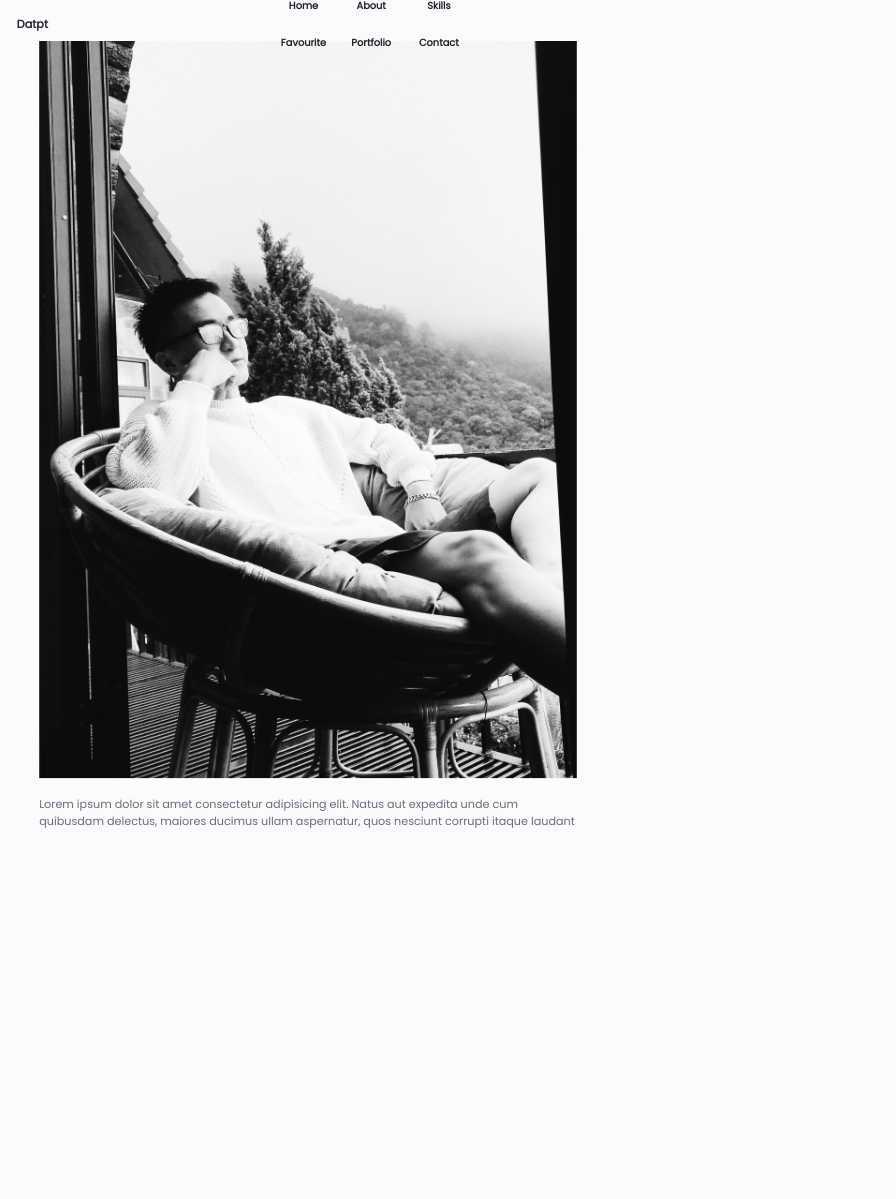
Repository: Datt21/portfolio
Page: index.html
An editor plug-in stored every save of this project. The page is shown before and after the next save, followed by the edit.
The browser window is 1280 px wide. The pictures show the part of the page from y = 662 to 2582 px (the page is 2375 px tall before and 2582 px after), at 70% of full size.
Some icons come from a web library that is not loaded, so they are not drawn.

Above is the page before, as saved 2021-07-10 16:23:50.

### index.html
<!DOCTYPE html>
<html lang="en">
<head>
    <meta charset="UTF-8">
    <meta http-equiv="X-UA-Compatible" content="IE=edge">
    <meta name="viewport" content="width=device-width, initial-scale=1.0">
    <!--============= ICONS ================  -->
    <link rel="stylesheet" href="https://unicons.iconscout.com/release/v4.0.0/css/line.css">

    <!-- ============= SWIPER CSS =============== -->
    <link rel="stylesheet" href="">

    <!-- =============== CSS ========================= -->
    <link rel="stylesheet" href="./Css/style.css">

    <title>Portfolio</title>
</head>
<body>
    <!--============================ HEADER ============================ -->
    <header class="header" id="header">
        <nav class="nav container">
            <a href="#" class="nav__logo">Datpt</a>

            <div class="nav__menu" id="nav-menu">
                <ul class="nav__list grid">
                    <li class="nav__item">
                        <a href="#home" class="nav__link">
                            <i class="uil uil-estate nav__icon"></i>Home
                        </a>
                    </li>
                    <li class="nav__item">
                        <a href="#about" class="nav__link">
                            <i class="uil uil-user nav__icon"></i>About
                        </a>
                    </li>
                    <li class="nav__item">
                        <a href="#skill" class="nav__link">
                            <i class="uil uil-file-alt nav__icon"></i>Skills
                        </a>
                    </li>
                    <li class="nav__item">
                        <a href="#fovourite" class="nav__link">
                            <i class="uil uil-books nav__icon"></i>Favourite
                        </a>
                    </li>
                    <li class="nav__item">
                        <a href="#portfolio" class="nav__link">
                            <i class="uil uil-scenery nav__icon"></i>Portfolio
                        </a>
                    </li>
                    <li class="nav__item">
                        <a href="#contact" class="nav__link">
                            <i class="uil uil-message nav__icon"></i>Contact
                        </a>
                    </li>
                </ul>
                <i class="uil uil-times nav__close" id="nav-close"></i>
            </div>

            <div class="nav__btns">
                <div class="nav__toggle" id="nav-toggle">
                    <i class="uil uil-apps"></i>
                </div>
            </div>
        </nav>
    </header>

     <!--==================== MAIN ====================-->
     <main class="main">
        <!--==================== HOME ====================-->
        <section class="home section" id="home">
            <div class="home__container container grid">
                <div class="home__content grid">
                    <div class="home__social">
                        <a href="https://www.facebook.com/profile.php?id=100043830603950" target="_blank" class="home__social-icon">
                            <i class="uil uil-facebook"></i>
                        </a>
                        <a href="https://t.me/datpt21" target="_blank" class="home__social-icon">
                            <i class="uil uil-telegram-alt"></i>
                        </a>
                        <a href="https://github.com/Datt21" target="_blank" class="home__social-icon">
                            <i class="uil uil-github-alt"></i>
                        </a>
                    </div>

                    <div class="home__img">
                        <svg class="home__blob" viewBox="0 0 200 187" xmlns="http://www.w3.org/2000/svg" xmlns:xlink="http://www.w3.org/1999/xlink">
                            <mask id="mask0" mask-type="alpha">
                                <path d="M190.312 36.4879C206.582 62.1187 201.309 102.826 182.328 134.186C163.346 165.547
                                130.807 187.559 100.226 186.353C69.6454 185.297 41.0228 161.023 21.7403 129.362C2.45775
                                97.8511 -7.48481 59.1033 6.67581 34.5279C20.9871 10.1032 59.7028 -0.149132 97.9666
                                0.00163737C136.23 0.303176 174.193 10.857 190.312 36.4879Z"/>
                            </mask>
                            <g mask="url(#mask0)">
                                <path d="M190.312 36.4879C206.582 62.1187 201.309 102.826 182.328 134.186C163.346
                                165.547 130.807 187.559 100.226 186.353C69.6454 185.297 41.0228 161.023 21.7403
                                129.362C2.45775 97.8511 -7.48481 59.1033 6.67581 34.5279C20.9871 10.1032 59.7028
                                -0.149132 97.9666 0.00163737C136.23 0.303176 174.193 10.857 190.312 36.4879Z"/>

                                <image class="home_blob-img" x='12' y='18 'xlink:href="./images/me.png"/>
                            </g>
                        </svg>

                    </div>

                    <div class="home__data">
                        <h1 class="home__title">Hi, I'am Dat</h1>
                        <h3 class="home_subtitle">Frontend developer</h3>
                        <p class="home_description">Lorem, ipsum dolor sit amet consectetur adipisicing elit.
                            Voluptates earum, ab place</p>
                        <a href="#contact" class="button button--flex">
                            Contact Me<i class="uil uil-message button__icon"></i>
                        </a>
                    </div>
                </div>

                <div class="home_scroll">
                    <a href="#about" class="home__scroll-button button--flex">
                        <i class="uil uil-mouse-alt-2 home__scroll-mouse"></i>
                        <span class="home__scroll-name">Scroll down</span>
                        <i class="uil uil-arrow-down home__scroll-arrow"></i>
                    </a>
                </div>
            </div>
        </section>

        <!--==================== ABOUT ====================-->
        <section class="about section" id="about">
            <h2 class="section__title">About me</h2>
            <span class="section_subtitle">My introduction</span>

            <div class="about__container container grid">
                <img src="./images/me2.jpg" alt="" class="about__img">

                <div class="about-data">
                    <p class="about-decription">Lorem ipsum dolor sit amet consectetur adipisicing elit.
                        Natus aut expedita unde cum quibusdam delectus, maiores ducimus ullam aspernatur, quos nesciunt corrupti itaque laudant</p>

                    <div class="about__info">

                    </div>
                </div>
            </div>


        </section>

        <!--==================== SKILLS ====================-->
        <section class="skills section" id="skills">


        </section>

        <!--==================== QUALIFICATION ====================-->
        <section class="qualification section">


        </section>

        <!--==================== SERVICES ====================-->
        <section class="services section" id="services">


        </section>

        <!--==================== PORTFOLIO ====================-->
        <section class="portfolio section" id="portfolio">


        </section>

        <!--==================== PROJECT IN MIND ====================-->
        <section class="project section">


        </section>

        <!--==================== TESTIMONIAL ====================-->
        <section class="testimonial section">


        </section>

        <!--==================== CONTACT ME ====================-->
        <section class="contact section" id="contact">


        </section>
    </main>

    <!--==================== FOOTER ====================-->
    <footer class="footer">


    </footer>

    <!--==================== SCROLL TOP ====================-->


    <!--==================== SWIPER JS ====================-->
    <script src=""></script>

    <!-- =================== JS ======================= -->
    <script src="./JS/main.js"></script>
</body>
</html>

### Css/style.css
/* ========================= GOOGLE FONTS ========================= */
@import url('https://fonts.googleapis.com/css2?family=Poppins&display=swap');

/*========================= VARIABLES CSS ==========================*/
:root{
    --header-height: 3rem;

    /* ---COLORS----- */
    --hue-color: 250;
    --first-color: hsl(var(--hue-color), 69%, 61%);
    --first-color-second: hsl(var(--hue-color), 69%, 61%);
    --first-color-alt: hsl(var(--hue-color), 57%, 53%);
    --first-color-lighter: hsl(var(--hue-color), 92%, 85%);
    --title-color:hsl(var(--hue-color), 8%, 15%);
    --text-color: hsl(var(--hue-color), 8%, 45%);
    --text-color-light: hsl(var(--hue-color), 8%, 65%);
    --input-color: hsl(var(--hue-color), 70%, 96%);
    --body-color: hsl(var(--hue-color), 60%, 99%);
    --container-color: #fff;

    /* --- FONT & SIZES */
    --body-font: 'Poppins', sans-serif;

    --font-semi-bold: 700;
    --font-medium: 600;

    --big-font-size: 2rem;
    --h1-font-size: 1.5rem;
    --h2-font-size: 1.25rem;
    --h3-font-size: 1.125rem;
    --normal-font-size: .938rem;
    --small-font-size: .813rem;
    --smaller-font-size: .75rem;

    /* --- MARGIN BOTTOM */
    --mb-0-25: .25rem;
    --mb-0-5: .5rem;
    --mb-0-75: .75rem;
    --mb-1: 1rem;
    --mb-1-5: 1.5rem;
    --mb-2: 2rem;
    --mb-2-5: 2.5rem;
    --mb-3: 3rem;

    /* Z INDEX */
    --z-tooltip: 10;
    --z-fixed: 100;
    --z-modal: 1000;

}

/* Font size for large devices */
@media screen and (min-width: 968px){
    :root {
        --big-font-size: 3rem;
        --h1-font-size: 2.25rem;
        --h2-font-size: 1.5rem;
        --h3-font-size: 1.25rem;
        --normal-font-size: 1rem;
        --small-font-size: .875rem;
        --smaller-font-size: .813rem;
    }

}

/*====================== Variables Dark Theme ===================  */

/*====================== Button Dark/Light  ===================  */

/*====================== BASE ========================= */
*{
    box-sizing: border-box;
    padding: 0;
    margin: 0;
}

html{
    scroll-behavior: smooth;
}

body{
    margin: 0 0 var(--header-height) 0;
    font-family: var(--body-font);
    font-size: var(--normal-font-size);
    background-color: var(--body-color);
    color: var(--text-color);
}

h1,h2,h3,h4{
    color: var(--title-color);
    font-weight: var(--font-semi-bold)
}

ul{
    list-style: none;
}

a{
    text-decoration: none;
}

img{
    max-width: 100%;
    height: auto;
}

/*========================= set section - css classes ====================  */
.section{
    padding: 2rem;
}

.section_title{
    font-size: var(--h1-font-size);
}

.section_subtitle{
    display: block;
    font-size: var(--small-font-size);
    margin-bottom: var(--mb-3);
}

.section_title,
.section_subtitle{
    text-align: center;
}

/* ===================== LAYOUT ============================== */
.container{
    max-width: 768px;
    margin-left: var(--mb-1-5);
    margin-right: var(--mb-1-5);
}

.grid{
    display: grid;
    gap: 1.5rem;
}

.header{
    width: 100%;
    position: fixed;
    bottom: 0;
    left: 0;
    z-index: var(--z-fixed);
    background-color: var(--body-color);
}

/* ===================== NAV ==================== */
.nav{
    max-width: 968px;
    height: var(--header-height);
    display: flex;
    justify-content:space-between;
    align-items: center;
}

.nav__logo,
.nav__toggle{
    color: var(--title-color);
    font-weight: var(--font-medium);
}

.nav__logo:hover{
    color: var(--first-color);
}

.nav__toggle{
    font-size: 1.1rem;
    cursor: pointer;
}

.nav__toggle:hover{
    color: var(--first-color);
}

@media screen and (max-width: 767px) {
    .nav__menu{
        position: fixed;
        bottom: -100%;
        left: 0;
        width: 100%;
        background-color: var(--body-color);
        padding: 2rem 1.5rem 4rem;
        box-shadow: 0 -1px 4px rgb(0,0,0, .15 );
        border-radius: 1.5rem 1.5rem 0 0;
        transition:0.3s;
    }
}

.nav__list{
    grid-template-columns: repeat(3,1fr);
    gap: 2rem;
}

.nav__link{
    display: flex;
    flex-direction: column;
    align-items: center;
    font-size: var(--small-font-size);
    color: var(--title-color);
    font-weight: var(--font-medium);
}

.nav__link:hover{
    color: var(--first-color);
}

.nav__icon{
    font-size: 1.2rem;
}

.nav__close{
    position: absolute;
    right: 1.3rem;
    bottom: .5rem;
    font-size: 1.5rem;
    cursor: pointer;
    color: var(--first-color);
}

.nav__close:hover{
    color: var(--first-color-alt);
}

/* -----show menu ---------- */
.show-menu{
    bottom: 0;
}

/*==================== HOME ====================*/
.home__container{
    gap: 1rem;
}

.home__content{
    grid-template-columns: .5fr 3fr;
    padding-top: 3.5rem;
    align-items: center;
}

.home__social{
    display: grid;
    grid-template-columns: max-content;
    row-gap: 1rem;
}

.home__social-icon{
    font-size: 1.25rem;
    color: var(--first-color);
}

.home__social-icon:hover{
    color: var(--first-color-alt);
    transform: scale(1.2);
}

.home__blob{
    width: 200px;
    fill: var(--first-color);
}

.home_blob-img{
    width: 170px;
}

.home__data{
    grid-column: 1/3;
}

.home__title{
    font-size: var(--big-font-size);
}

.home_subtitle{
    font-size: var(--h3-font-size);
    color: var(--text-color);
    font-weight: var(--font-medium);
    margin-bottom: var(--mb-0-75);
}

.home_description{
    margin-bottom: var(--mb-2);
}

.home_scroll{
    display: none;
}

.home__scroll-button{
    color: var(--first-color);
    transition: 0.3s;
}

.home__scroll-button:hover{
    transform: translateY(0.25rem);
}

.home__scroll-mouse{
    font-size: 2rem;
}

.home__scroll-name{
    font-size: var(--small-font-size);
    color: var(--title-color);
    font-weight: var(--font-medium);
    margin-right: var(--mb-0-25);
}

.home__scroll-arrow{
    font-size: 1.25rem;
}

/*==================== BUTTONS ====================*/
.button{
    display: inline-block;
    background-color: var(--first-color);
    color: #fff;
    padding: 1rem;
    border-radius: .5rem;
    font-weight: var(--font-medium);
}

.button:hover{
    background-color: var(--first-color-alt);
}

.button__icon{
    font-size: 1.25rem;
    margin-left: var(--mb-0-5);
    transition: 0.3s;
}

.button--flex{
    display: inline-flex;
    align-items: center;
}

/*==================== ABOUT ====================*/


/*==================== SKILLS ====================*/


/*==================== QUALIFICATION ====================*/


/*==================== SERVICES ====================*/


/* Active Modal */


/*==================== PORTFOLIO ====================*/


/*==================== PROJECT IN MIND ====================*/


/*==================== TESTIMONIAL ====================*/


/*==================== CONTACT ME ====================*/


/*==================== FOOTER ====================*/


/*========== SCROLL UP ==========*/


/* Show scroll */


/*========== SCROLL BAR ==========*/


/*==================== MEDIA QUERIES ====================*/
/* For small devices */


/* For medium devices */


/* For large devices */

### JS/main.js
/*================= Menu show Y hidden ================= */
const navMenu = document.getElementById('nav-menu'),
      navToggle = document.getElementById('nav-toggle'),
      navClose = document.getElementById('nav-close')

/*======== Menu show =========*/
/* validate if constant exists */
if(navToggle){
    navToggle.addEventListener('click', () =>{
        navMenu.classList.add('show-menu')
    })
}

/*======== Menu hidden =========*/
/* validate if constant exists */
if(navClose){
    navClose.addEventListener('click', () =>{
        navMenu.classList.remove('show-menu')
    })
}

/*==================== REMOVE MENU MOBILE ====================*/
const navLink = document.querySelectorAll('.nav__link')

function linkAction() {
    const navMenu = document.getElementById('nav-menu')
    //khi click vao moi link,thi menu duoc an di
    navMenu.classList.remove('show-menu')
}
navLink.forEach(n => n.addEventListener('click', linkAction))

/*==================== ACCORDION SKILLS ====================*/


/*==================== QUALIFICATION TABS ====================*/


/*==================== SERVICES MODAL ====================*/


/*==================== PORTFOLIO SWIPER  ====================*/


/*==================== TESTIMONIAL ====================*/


/*==================== SCROLL SECTIONS ACTIVE LINK ====================*/


/*==================== CHANGE BACKGROUND HEADER ====================*/


/*==================== SHOW SCROLL UP ====================*/


/*==================== DARK LIGHT THEME ====================*/

After the next save:
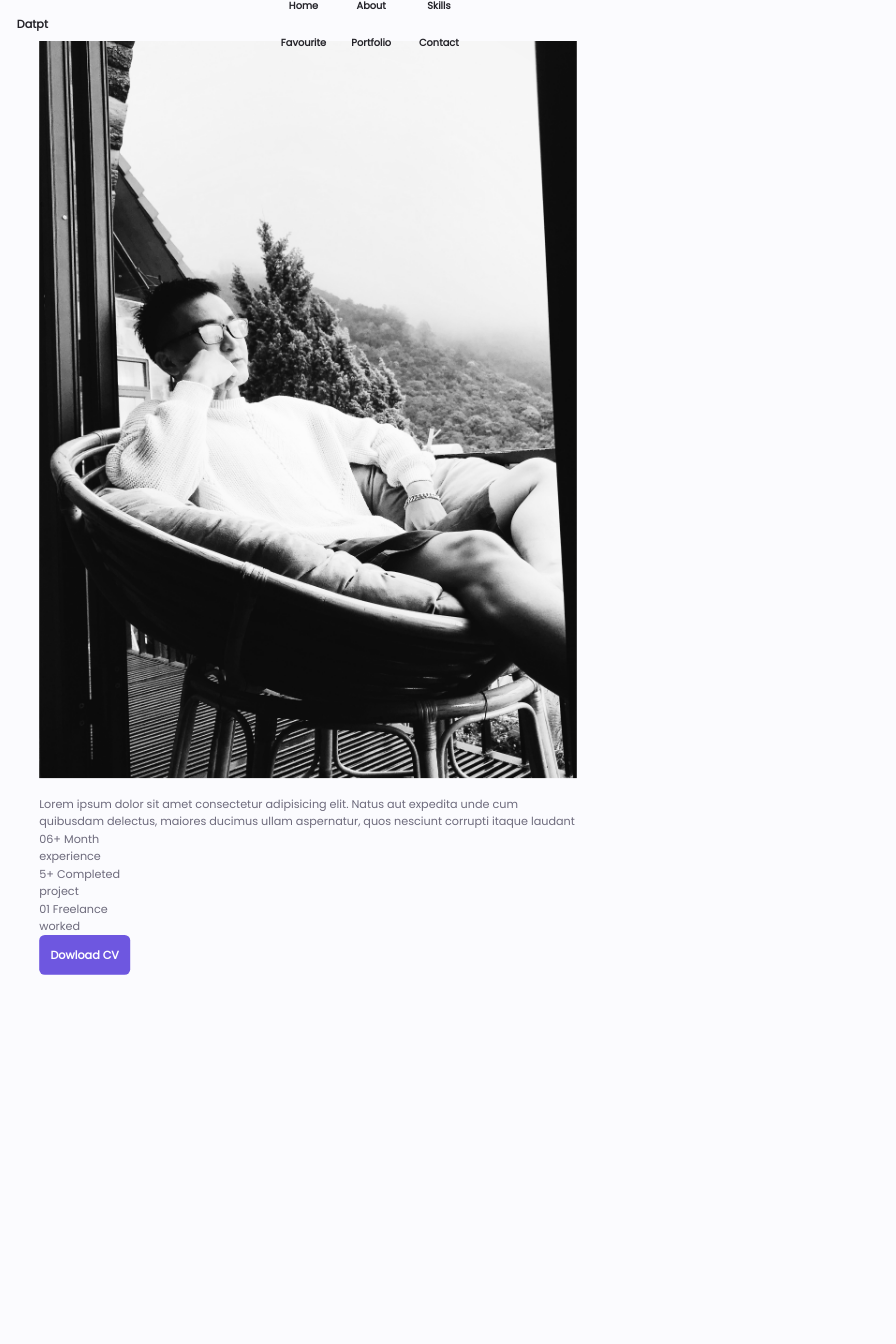
Saved 8 min 58 s later.
--- a/index.html
+++ b/index.html
@@ -137,7 +137,24 @@
                         Natus aut expedita unde cum quibusdam delectus, maiores ducimus ullam aspernatur, quos nesciunt corrupti itaque laudant</p>
 
                     <div class="about__info">
-
+                        <div>
+                            <span class="about__info-title">06+</span>
+                            <span class="about__info-name">Month <br> experience</span>
+                        </div>
+                        <div>
+                            <span class="about__info-title">5+</span>
+                            <span class="about__info-name">Completed <br> project</span>
+                        </div>
+                        <div>
+                            <span class="about__info-title">01</span>
+                            <span class="about__info-name">Freelance <br> worked</span>
+                        </div>
+                    </div>
+
+                    <div class="about__buttons">
+                        <a download="" href="./pdf/LeTienDat_CV.pdf" class="button button--flex">
+                            Dowload CV <i class="uil uil-download-alt"></i>
+                        </a>
                     </div>
                 </div>
             </div>
